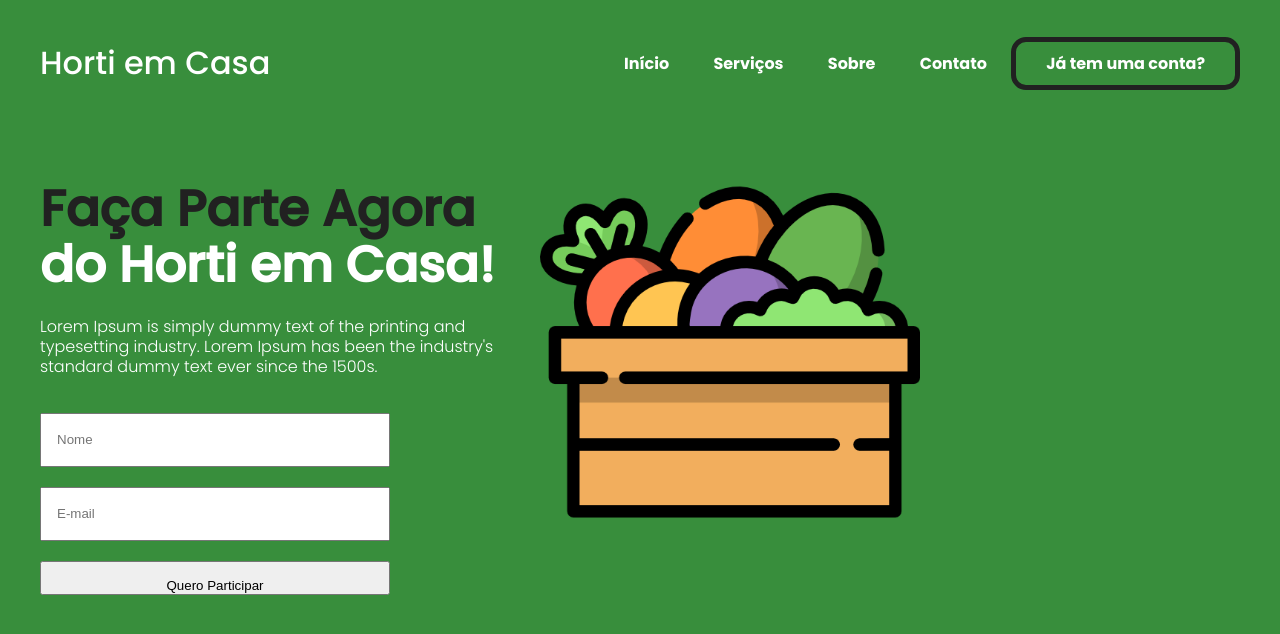
Repository: gabrielcastroo/horti-em-casa
Page: index.html
These files come from the project's save history. The page is drawn as it stood at one moment and after the next save; the edit follows.
The browser window is 1280 px wide. The pictures show the whole page.

Above is the page before, as saved 2022-04-13 10:34:11.

### index.html
<!DOCTYPE html>
<html lang="en">
<head>
    <meta charset="UTF-8">
    <meta http-equiv="X-UA-Compatible" content="IE=edge">
    <link href="styles/style.css" rel="stylesheet">
    <link href="styles/fonts.css" rel="stylesheet">
    <title>Horti em Casa</title>
</head>
<body>
    <header>
        <div>
            <h1>
                Horti em Casa
            </h1>
        </div>

        <ul>
            <a href="#"><li>Início</li></a>
            <a href="#"><li>Serviços</li></a>
            <a href="#"><li>Sobre</li></a>
            <a href="#"><li>Contato</li></a>
            <a href="#" id="inscrever"><li>Já tem uma conta?</li></a>
        </ul>
    </header>

    <main>
        <aside>
            <h2>
                <span>
                    Faça Parte Agora
                </span>
            </h2>
            <h2>
                do Horti em Casa!
            </h2>
            <p>
                Lorem Ipsum is simply dummy text of the printing and typesetting industry. Lorem Ipsum has been the industry's standard dummy text ever since the 1500s.
            </p>
            <form>
                <input type = "text" placeholder = "Nome">
                <input type = "email" placeholder = "E-mail">
                <input type = "submit" value = "Quero Participar">
            </form>
        </aside>

        <article>
            <img src="components/images/legumes.png" alt = "legumes">
        </article>
    </main>

</body>
</html>

### styles/style.css
body{
    /* background-color: rgba(#388E3C); */
    background-color: rgb(56, 142, 60);
    color: white;
    font-family: poppinsregular;
    max-Width: 1200px;
    margin: 0 auto;
    padding: 15px;
}

header {
    display: flex; /* disposição dos elementos*/
    flex-direction: row;
    justify-content: space-between;
    align-items: center;

}

#title {
    flex-direction: column;
    line-height: 10px;

}

li{
    display: inline-block;
    margin: 20px;
}

a{
    color: white;
    font-family: poppinsbold;
}

a:hover {
    color: rgb(33, 33, 33);
    transition: 0.3s all;
}

#inscrever {
    border: 5px solid rgb(33, 33, 33);
    padding:10px;
    border-radius: 15px;
}

#inscrever:hover {
    background-color: rgb(33, 33, 33);
    color: white;
}

h1 {
    font-weight: 400;
    font-family: poppinsmedium;
}

h2{
    font-size: 50px;
    line-height: 15px;
    font-family: poppinsmedium;
}

main {
    display: flex; /* disposição dos elementos*/
    flex-direction: row;
    margin-top: 50px;
}

span{
    color: rgb(33, 33, 33)
}

p{
    line-height: 20px;
    max-width: 500px;
    font-family: poppinslight;
}

img {
    width: 380px;
}

form {
    display: flex;
    flex-direction: column;
    width: 70%;
}

input {
    margin-top: 20px;
    height: 20px;
    padding: 15px;
}

### styles/fonts.css
@font-face {
    font-family: 'poppinsblack';
    src: url('../components/fonts/poppins-black-webfont.woff2') format('woff2'),
         url('../components/fonts/poppins-black-webfont.woff') format('woff');
    font-weight: normal;
    font-style: normal;

  }




  @font-face {
    font-family: 'poppinsbold';
    src: url('../components/fonts/poppins-bold-webfont.woff2') format('woff2'),
         url('../components/fonts/poppins-bold-webfont.woff') format('woff');
    font-weight: normal;
    font-style: normal;

  }


  @font-face {
    font-family: 'poppinslight';
    src: url('../components/fonts/poppins-light-webfont.woff2') format('woff2'),
         url('../components/fonts/poppins-light-webfont.woff') format('woff');
    font-weight: normal;
    font-style: normal;

  }


  @font-face {
    font-family: 'poppinsmedium';
    src: url('../components/fonts/poppins-medium-webfont.woff2') format('woff2'),
         url('../components/fonts/poppins-medium-webfont.woff') format('woff');
    font-weight: normal;
    font-style: normal;

  }

  @font-face {
    font-family: 'poppinsregular';
    src: url('../components/fonts/poppins-regular-webfont.woff2') format('woff2'),
         url('../components/fonts/poppins-regular-webfont.woff') format('woff');
    font-weight: normal;
    font-style: normal;

  }

  @font-face {
    font-family: 'poppinssemibold';
    src: url('../components/fonts/poppins-semibold-webfont.woff2') format('woff2'),
         url('../components/fonts/poppins-semibold-webfont.woff') format('woff');
    font-weight: normal;
    font-style: normal;

  }

After the next save:
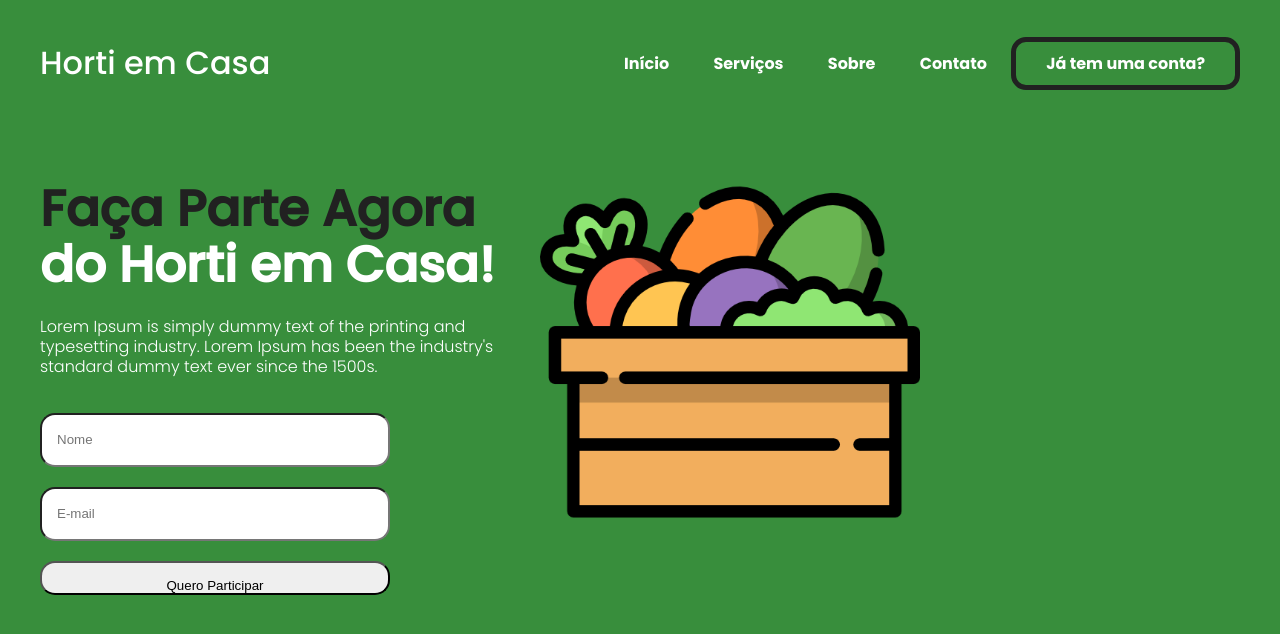
Saved 6 s later.
--- a/styles/style.css
+++ b/styles/style.css
@@ -89,4 +89,5 @@
     margin-top: 20px;
     height: 20px;
     padding: 15px;
+    border-radius: 15px
 }
